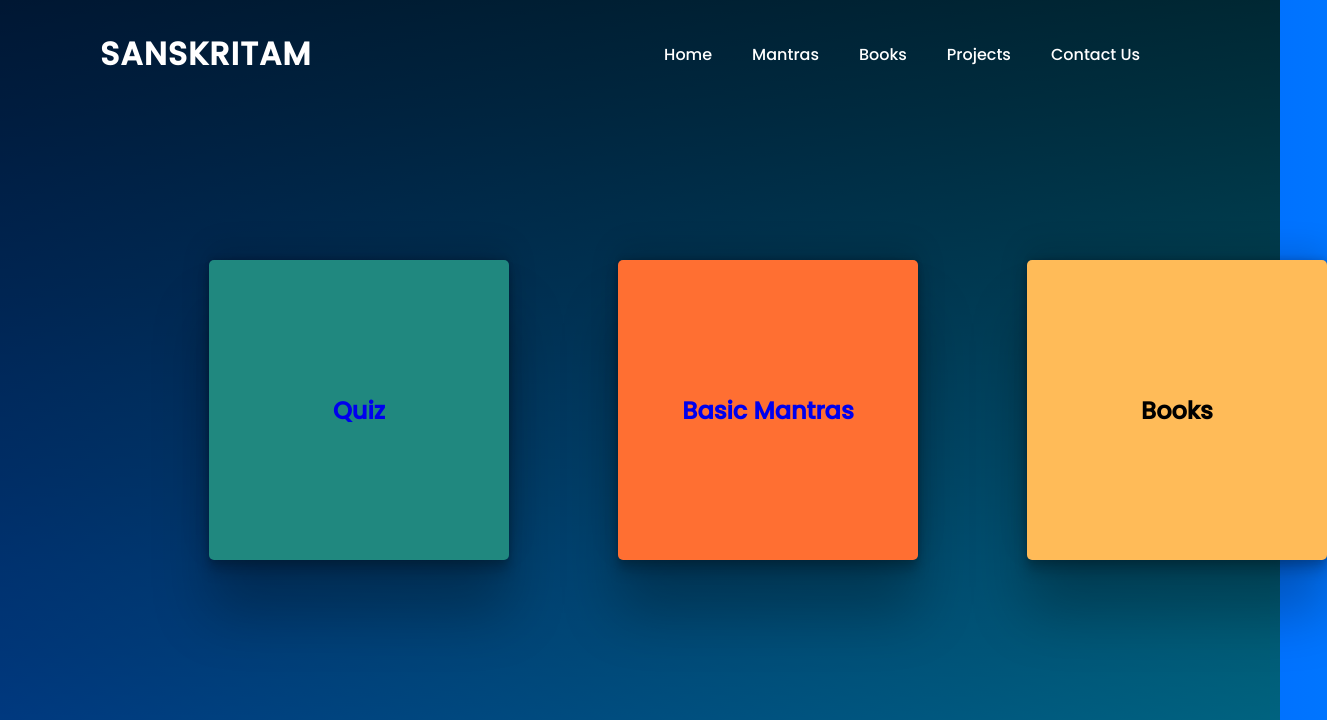
Repository: ritikalohia/Sanskritam
Page: index.html
These files come from the project's save history. The page is drawn as it stood at one moment and after the next save; the edit follows.
The browser window is 1280 px wide. The page is 1327 px wide, so the pictures cover 1327 px, including what lies to the right of the window. The pictures show the whole page.

Above is the page before, as saved 2021-01-04 15:35:52.

### index.html
<!DOCTYPE html>
<html lang="en">
<head>
    <meta charset="UTF-8">
    <meta name="viewport" content="width=device-width, initial-scale=1.0">
    <link rel="stylesheet" href="style.css">
    <link href="https://fonts.googleapis.com/css2?family=Poppins:wght@500&display=swap" rel="stylesheet">
    <title>Sanskritam</title>
</head>
<body>
    <section>
        <header>
            <a href="#" class="logo">Sanskritam</a>
            <div class="toggleMenu" onclick="toggleMenu();"></div>
            <ul class="navigation">
                <li><a href="/index.html" class="left">Home</a></li>
                <li><a href="/Mantra/mantra.html" class="left">Mantras</a></li>
                <li><a href="/Books/books.html" class="left">Books</a></li>
                <li><a href="/quiz.html" class="left">Projects</a></li>
                <li><a href="/contact_us/contact.html" class="left">Contact Us</a></li>

        </header>
        <div class="sanskrit">
            <!-- <div class="cards C1" data-hover="पाठ">
                <h1>Lessons</h1>
            </div> -->
            <div class="cards C2" data-hover="प्रश्नोत्तरी">
                <h1><a href="producthorn-sanskrit/quiz.html">Quiz</a></h1>
            </div>
            <div class="cards C3" data-hover="Mantra">
                <h1><a href="producthorn-sanskrit/quiz.html">Basic Mantras</a></h1>
            </div>
            <div class="cards C4" data-hover="पुस्तक">
                <h1>Books</h1>
            </div>
        </div>

    </section>
    <script type="text/javascript">
        function toggleMenu(){
            const toggleMenu = document.querySelector('.toggleMenu');
            const navigation = document.querySelector('.navigation');
            toggleMenu.classList.toggle('active');
            navigation.classList.toggle('active');
        }
    </script>
</body>
</html>

### style.css


*{
    margin: 0;
    padding: 0;
    box-sizing: border-box;
    font-family: 'Poppins', sans-serif;
}


section{
    position: relative;
    width: 100%;
    min-height: 100vh;
    background: linear-gradient(rgba(0,0,0,.8), rgba(0,0,0,.5));
    background-size: cover;
    background-position: center;
    display: flex;
    justify-content: flex-start;
    align-items: center;
    padding: 100px;
}

header{
    position: absolute;
    top: 0;
    left: 0;
    width: 100%;
    padding: 30px 100px;
    display: flex;
    justify-content: space-between;
    align-items: center;
    cursor: pointer;
}

header .logo{
    position: relative;
    font-size: 2em;
    color: #fff;
    text-transform: uppercase;
    font-weight: 700;
    text-decoration: none;
    letter-spacing: 1px;
}

header .navigation{
    position: relative;
    display: flex;
}

header .navigation li{
    list-style: none;
}

header .navigation li a{
    display: inline-block;
    color: #fff;
    margin-right: 40px;
    text-decoration: none;

}

header .navigation li a:hover{
    color: #03a9f4;
}
a.left
{
    position: relative;
}

header .navigation li a.left:before {
  content: "";
  position: absolute;
  width: 0;
  height: 2px;
  bottom: 0;
  left: 0;
  background-color: #03a9f4;
  visibility: hidden;
  transition: all 0.3s ease-in-out;
}
header .navigation li a.left:hover:before {
    visibility: visible;
    width: 100%;
  }



@media (max-width: 991px)
{
    header{
        padding: 15px 40px;
    }
    section{
        padding: 40px;
        background: linear-gradient(rgba(0,0,0,.8), rgba(0,0,0,.5));
        background-size: cover;
        background-position: center;
    }

    header .navigation{
        position: fixed;
        top: 0;
        bottom: 0;
        left: 0;
        right: 0;
        background: #000;
        z-index: 10;
        display: none;
        justify-content: center;
        align-items: center;
        flex-direction: column;
    }

    header .navigation.active{
        display: flex;
    }
    header .navigation li a{
        font-size: 24px;
        margin: 10px 0;
    }
    .toggleMenu{
        position: relative;
        right: 10px;
        width: 30px;
        height: 30px;
        background: url(menu.png);
        background-position: center;
        background-size: 30px;
        background-repeat: no-repeat;
        cursor: pointer;
        z-index: 11;
    }

    .toggleMenu.active{
        background: url(close.png);
        background-position: center;
        background-size: 25px;
        background-repeat: no-repeat;
    }
}


.sanskrit {
    display: flex;
    align-items: center;
    justify-content: center;
    margin-top: 100px;

  }

  .sanskrit .cards{
    width: 300px;
    height: 300px;
    border-radius: 5px;
    /* margin: 20px; */
    margin-left: 109px;
    display: flex;
    align-items: center;
    justify-content: center;
    cursor: pointer;
    font-family: 'Open Sans', sans-serif;
    box-shadow: rgba(0, 0, 0, 0.25) 0px 54px 55px, rgba(0, 0, 0, 0.12) 0px -12px 30px, rgba(0, 0, 0, 0.12) 0px 4px 6px, rgba(0, 0, 0, 0.17) 0px 12px 13px, rgba(0, 0, 0, 0.09) 0px -3px 5px;
  }

  @media only screen and (max-width: 320px) {
  .sanskrit {
    flex-direction:column;
    margin-left: -30px;
   }

   .sanskrit .cards{
       margin-left: 0px;
   }

   header .logo{
       font-size: 1.5em;
   }
}

    .C2{
      background-color: #20887f;
    }

    /* .C2{
        background-color: #A73C11;
    } */

    .C3{
        background-color: #FF6F32;
    }

    .C4{
        background-color: #FFBB58;
    }

    /* .cards:hover{
      font-size: 0;
      box-shadow: rgba(0, 0, 0, 0.56) 0px 22px 70px 4px;
  } */

    /* .sanskrit .cards:hover:after{
        content: attr(data-hover);
        font-size: 30px;
    } */




    body{
        background: -webkit-linear-gradient(left, #0072ff, #00c6ff);
    }
    .contact-form{
        background: #fff;
        margin-top: 5%;
        width: 70%;
    }
    .contact-form .form-control{
        border-radius:1rem;
    }
    .contact-image{
        text-align: center;
    }
    .contact-image img{
        border-radius: 6rem;
        width: 11%;
        margin-top: -3%;
        transform: rotate(29deg);
    }
    .contact-form form{
        padding: 14%;
    }
    .contact-form form .row{
        margin-bottom: -7%;
    }
    .form-group{
        margin-top: 10px;
    }
    .contact-form h3{
        margin-bottom: 8%;
        margin-top: -10%;
        text-align: center;
        color: #0062cc;
    }
    .contact-form .btnContact {
        width: 50%;
        border: none;
        border-radius: 1rem;
        padding: 1.5%;
        background: #dc3545;
        font-weight: 600;
        color: #fff;
        cursor: pointer;
        margin-top: 8px;
    }
    .btnContactSubmit
    {
        width: 50%;
        border-radius: 1rem;
        padding: 1.5%;
        color: #fff;
        background-color: #0062cc;
        border: none;
        cursor: pointer;
    }



/* Quiz */
#Quiz{
    margin: 40px 20%;
}

.quiz-heading{
    background-color: #FFF0DE;
    box-shadow: 0px 0px 15px #000;
    border-radius: 15px;
    padding: 15px;
    margin-bottom: 20px;
    text-align: center;
}

.question{
    background-color: #FFF0DE;
    box-shadow: 0px 0px 15px #000;
    border-radius: 15px;
    padding: 15px;
    margin-bottom: 20px;
    font-size: 20px;
    font-weight: bold;
}

.question .row{
    margin-bottom: 13px;
}

.question img{
    width: 200px;
}

.question .question-no{
    text-align: center;
}

.options{
    display: flex;
    justify-content: space-around;
}

.options span{
    padding: 10px 15px;
    background-color: white;
    border-radius: 4px;
    transition: 0.5s;
}

.options input{
    display: none;
}

input[type="radio"]:checked+span{
    background-color: #FFBB58;
    box-shadow: 0px 0px 10px black;
}

.actions {
    margin-top: 20px;
}

.actions button{
    box-shadow: 0px 0px 5px black;
}

.actions .submit{
    display: none;
}

.actions .alert{
    color: white;
}





/* Mantras */

.image-grid-item{
    margin-top: 30px;

}

.image-grid-cover {
    width: 80%;
    background-size: cover;
    min-height: 150px;
    margin-left: 30px;
    position: relative;
    margin-bottom: 30px;
    text-shadow: rgba(0,0,0,.8) 0 1px 0;
    border-radius: 4px;
}
.image-grid-clickbox {
    position: absolute;
    top: 0;
    right: 0;
    bottom: 0;
    left: 0;
    display: block;
    width: 100%;
    height: 100%;
    z-index: 20;
    background: rgba(0,0,0,.45);
}
.cover-wrapper {
    font-size: 18px;
    text-align: center;
    display: block;
    color: #fff;
    text-shadow: rgba(0,0,0,.8) 0 1px 0;
    z-index: 21;
    position: relative;
    top: 50px;
}
a, a:focus, a:hover {
    text-decoration: none;
    outline: 0;
}

After the next save:
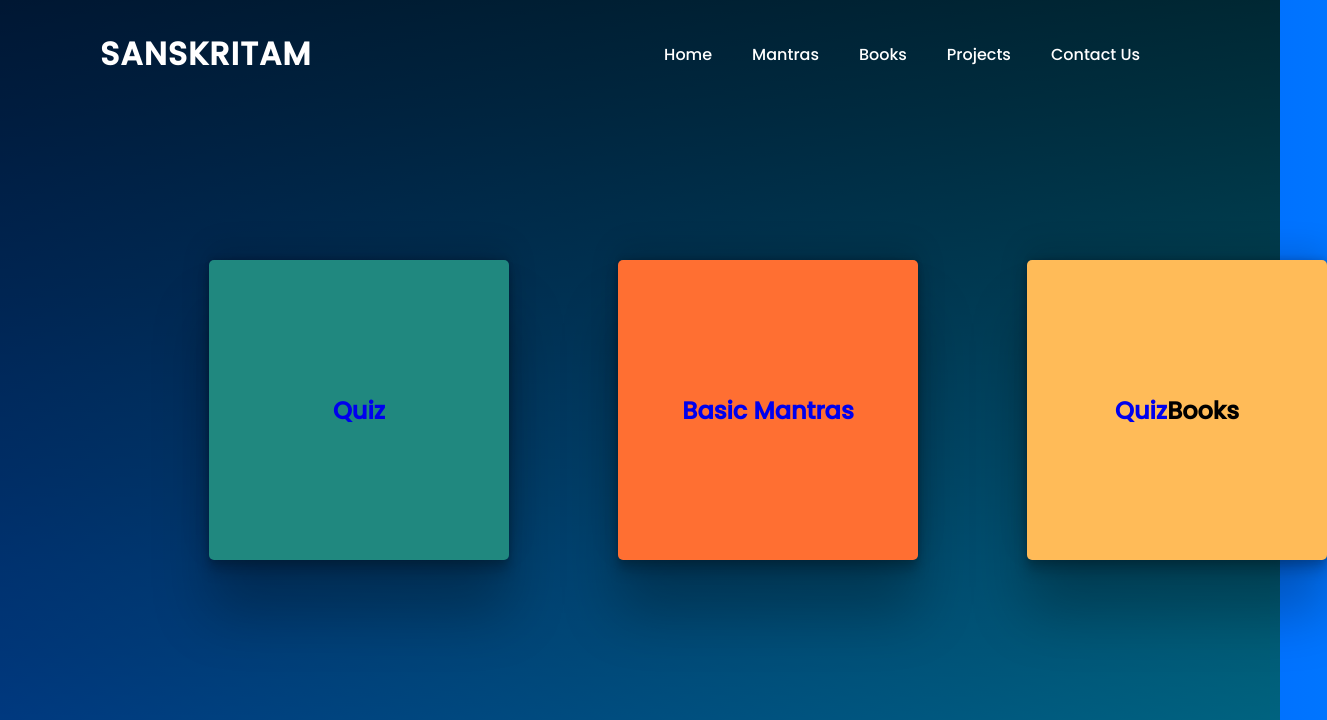
Saved 114 s later.
--- a/index.html
+++ b/index.html
@@ -31,7 +31,7 @@
                 <h1><a href="producthorn-sanskrit/quiz.html">Basic Mantras</a></h1>
             </div>
             <div class="cards C4" data-hover="पुस्तक">
-                <h1>Books</h1>
+                <h1><a href="producthorn-sanskrit/quiz.html">Quiz</a>Books</h1>
             </div>
         </div>
 
